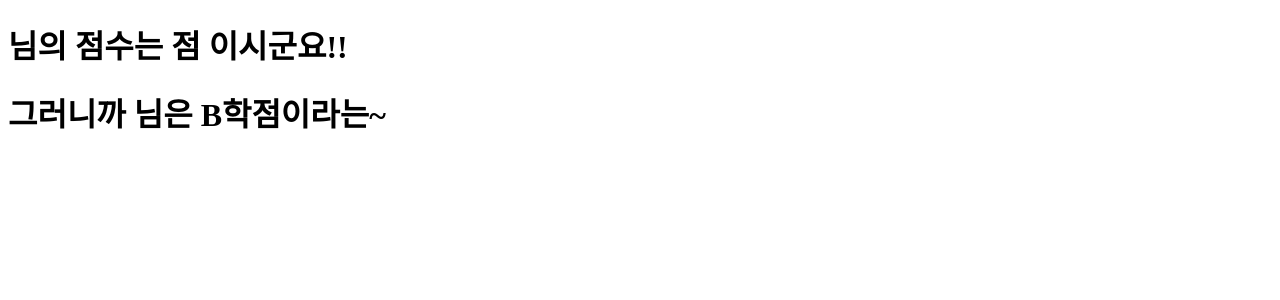
Repository: codingidot/test111
Page: http://localhost/JSP3/jspview/B.jsp
The author's editor kept a copy of each file at every save. The page is drawn from the files as they stood at one save, then again after the next save.
The browser window is 1280 px wide. The pictures show the whole page.
The page is served by Tomcat 9.

Above is the page before, as saved 2022-05-27 06:46:22.

### JSP3/src/main/webapp/jspview/B.jsp
<%@ page language="java" contentType="text/html; charset=UTF-8"
    pageEncoding="UTF-8"%>
<!DOCTYPE html>
<html>
<head>
<meta charset="UTF-8">
<title>Insert title here</title>
</head>
<body>
<!--
forward() 인자에 request 그래서 request.getParam(irum)
	즉, ${param.irum}이 잘 인식됨
 -->
<h1>${param.irum }님의 점수는 ${param.jum }점 이시군요!!</h1>
<h1> 그러니까 ${param.irum }님은 B학점이라는~</h1>
</body>
</html>

After the next save:
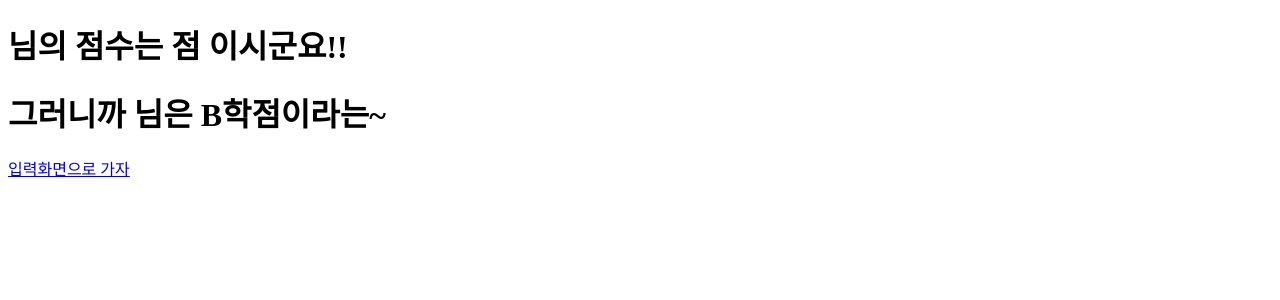
Saved 2 s later.
--- a/JSP3/src/main/webapp/jspview/B.jsp
+++ b/JSP3/src/main/webapp/jspview/B.jsp
@@ -13,5 +13,6 @@
  -->
 <h1>${param.irum }님의 점수는 ${param.jum }점 이시군요!!</h1>
 <h1> 그러니까 ${param.irum }님은 B학점이라는~</h1>
+<a href="input22.jsp">입력화면으로 가자</a>
 </body>
 </html>
